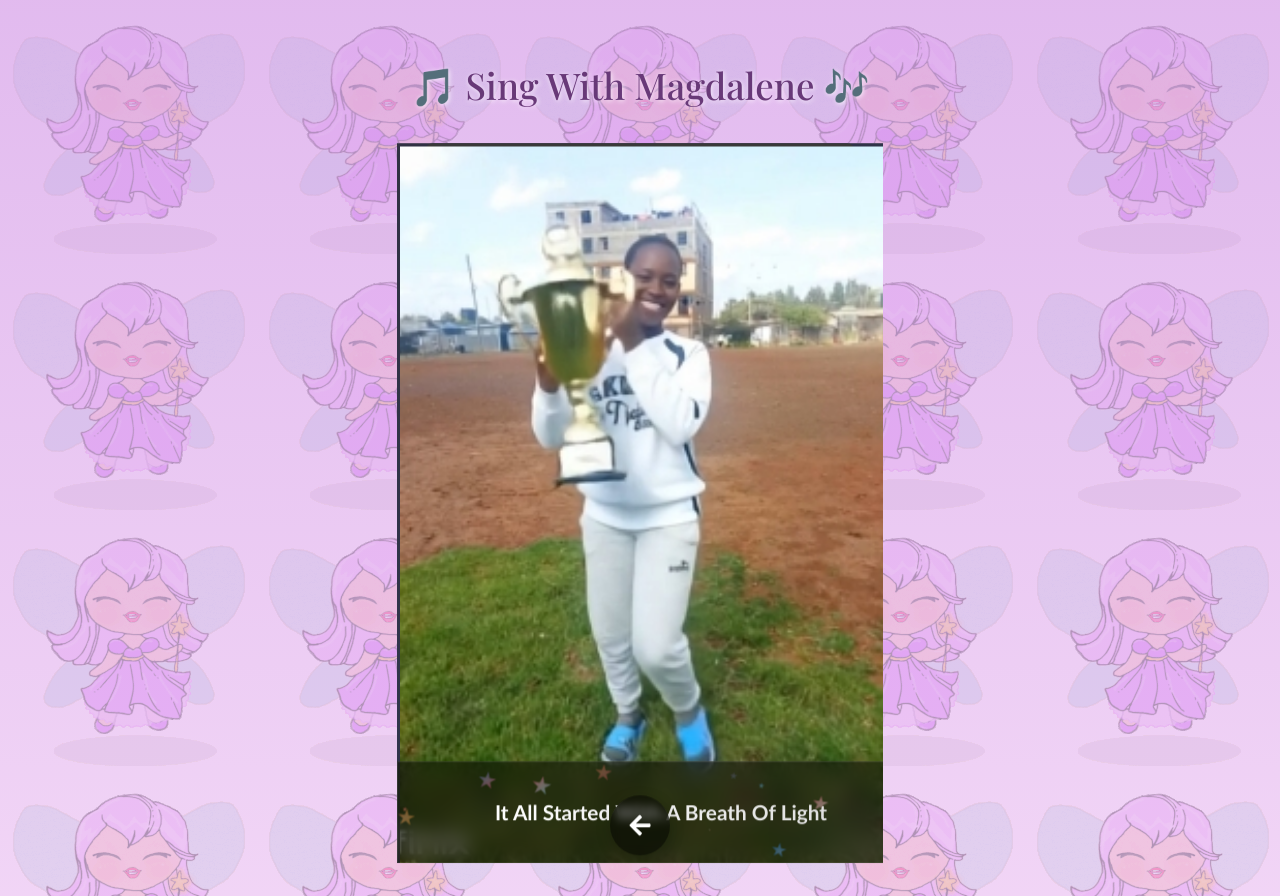
Repository: VladimirGagarin/Meg
Page: /song/beginning
These files come from the project's save history. The page is drawn as it stood at one moment and after a run of saves; the edit follows.
The browser window is 1280 px wide. The pictures show the whole page.
The project was rebuilt for these pictures with package versions that can differ from the ones it lists, and the page was loaded fresh each time. Also part of the build but not shown: vite.config.js, src/components/SongCard.css, src/components/SongCard.jsx, src/pages/HomeScreen.css, src/pages/HomeScreen.jsx. Imported but missing from the stored project, and not drawn on this page: src/assets/audios/IamMagdalene.mp3, src/assets/audios/The beginning.mp3, src/assets/audios/meg.mp3.

Above is the page before, as saved 2025-07-07 13:36:29.

### index.html
<!doctype html>
<html lang="en">
  <head>
    <meta charset="UTF-8" />
    <link rel="icon" type="image/svg+xml" href="/vite.svg" />
    <meta name="viewport" content="width=device-width, initial-scale=1.0" />
    <link href="https://fonts.googleapis.com/css2?family=Playfair+Display:wght@500&display=swap" rel="stylesheet">

    <title>Sing with Magdalene</title>
  </head>
  <body>
    <div id="root"></div>
    <script type="module" src="/src/main.jsx"></script>
  </body>
</html>

### src/main.jsx
import { StrictMode } from "react";
import { createRoot } from "react-dom/client";
import "./index.css";
import App from "./App.jsx";
import HomeScreen from "./pages/HomeScreen.jsx";
import SongScreen from "./pages/SongScreen.jsx";
import { createBrowserRouter, RouterProvider } from "react-router-dom";

const routes = createBrowserRouter([
  {
    path: "/",
    element: <App />, // App can be your layout with <Outlet />
    children: [
      { index: true, element: <HomeScreen /> }, // this is /
      { path: "song/:id", element: <SongScreen /> }, // this is /song/:id
    ],
  },
  {
    path: "*",
    element: <HomeScreen />, // fallback for any invalid URL
  },
]);

createRoot(document.getElementById("root")).render(
  <StrictMode>
    <RouterProvider router={routes} />
  </StrictMode>
);

### src/index.css
:root {
  font-family: system-ui, Avenir, Helvetica, Arial, sans-serif;
  line-height: 1.5;
  font-weight: 400;

  font-synthesis: none;
  text-rendering: optimizeLegibility;
  -webkit-font-smoothing: antialiased;
  -moz-osx-font-smoothing: grayscale;
}

body {
  margin: 0;
  display: flex;
  place-items: center;
  min-height: 100vh;
  width: 100%;
  font-family: 'Playfair Display', serif;
  padding: 0;
}

### src/App.jsx
// App.jsx
import { Outlet } from "react-router-dom";
import './App.css'

export default function App() {
  return (
    <div className="fairy-shell">
      <h1 className="title">🎵 Sing With Magdalene 🎶</h1>
      <Outlet /> {/* This is where the page (Home or Song) will load */}
    </div>
  );
}

### src/pages/SongScreen.jsx
import Controls from "../components/Controls";
import React, { useEffect, useState, useRef } from "react";
import { useParams, useNavigate } from "react-router-dom";
import { songDetails, megImages } from "../components/SongDetails";
import LyricsCard from "../components/lyricsCard";
import LogoImage from "../assets/images/belle.png";
import { FaArrowLeft} from "react-icons/fa";
import "./SongScreen.css";


export default function SongScreen() {
  const { id } = useParams();
  const navigate = useNavigate();
  const [currentSongObj, setCurrentSongObj] = useState(null);
  const [currentLyricIndex, setCurrentLyricIndex] = useState(0);
  const [currentImage, setCurrentImage] = useState(LogoImage);

  const audioRef = useRef(null);

  // Initialize audio and song
  useEffect(() => {
    const song = songDetails.find((s) => s.id === id);
    if (!song) {
      navigate(-1);
      return;
    }

    setCurrentSongObj(song);
    const audio = new Audio(song.audio);
    audio.preload = "auto";
    audioRef.current = audio;

    // Set initial random image
    const randomImage = megImages[Math.floor(Math.random() * megImages.length)];
    setCurrentImage(randomImage);

    // Cleanup on unmount
    return () => {
      audio.pause();
      audio.src = "";
    };
  }, [id, navigate]);

  // Lyric and image sync based on audio timeupdate event
  useEffect(() => {
    if (!currentSongObj || !audioRef.current) return;

    const audio = audioRef.current;

    const onTimeUpdate = () => {
      const currentTimeMs = audio.currentTime * 1000;
      const newIndex = currentSongObj.lyrics.findIndex(
        (line) => currentTimeMs >= line.start && currentTimeMs < line.end
      );

      if (newIndex !== -1 && newIndex !== currentLyricIndex) {
        setCurrentLyricIndex(newIndex);
        const randomImage =
          megImages[Math.floor(Math.random() * megImages.length)];
        setCurrentImage(randomImage);
      }
    };

    audio.addEventListener("timeupdate", onTimeUpdate);

    return () => {
      audio.removeEventListener("timeupdate", onTimeUpdate);
    };
  }, [currentSongObj, currentLyricIndex]);

  if (!currentSongObj) {
    return <div className="loading">Loading song...</div>;
  }

  const currentLine = currentSongObj.lyrics[currentLyricIndex]?.text || "";

  return (
    <div className="song-screen">
      <div className="image-container">
        <img
          src={currentImage}
          alt="Visual representation"
          className="song-image"
          onError={() => setCurrentImage(LogoImage)}
        />
      </div>



      <LyricsCard lyricText={currentLine} />

      {/* Pass audioRef to Controls to handle play/mute/progress */}
      <Controls audio={audioRef} />

      <button onClick={() => navigate(-1)} className="control-button">
        <FaArrowLeft />
      </button>
    </div>
  );
}

### src/App.css
#root {
  width: 100%;
  min-height: 100vh;
  background-color:rgba(213, 135, 231, 0.429);
  margin: 0;
  box-sizing: border-box;
  padding: 0;
}


/* App.css */


.fairy-shell {
  min-height: 100vh;
  background: linear-gradient(to bottom, #d6a8e87c, #fdeff940);
  display: flex;
  flex-direction: column;
  align-items: center;
  padding: 2rem;
  font-family: 'Papyrus', 'Cursive', serif;
  color: #5a2a73;
  position: relative;
  overflow-x: hidden;
  width: 95%;

}

.fairy-shell h1 {
  font-size: 2.3rem;
  margin-bottom: 2rem;
  text-align: center;
  color: #683978;
  text-shadow: 1px 1px 5px rgba(255, 255, 255, 0.8);
  position: relative;
  font-family: 'Playfair Display', serif;
  font-weight: bold;
}



/* Optional twinkling background stars */
.fairy-shell::before {
  content: '';
  position: absolute;
  top: 0;
  left: 0;
  width: 100%;
  height: 100%;
  background-image: url('/fairy.gif'); /* Use your own gif or animation */
  opacity: 0.6;
  z-index: -1;
  pointer-events: none;
}

### src/components/Controls.jsx
import React, { useState, useEffect } from "react";

const styles = {
  container: {
    display: "flex",
    alignItems: "center",
    gap: "1rem",
    backgroundColor: "#222",
    padding: "10px 15px",
    borderRadius: "8px",
    width: "100%",
    maxWidth: "400px",
    color: "#fff",
    fontFamily: "'Segoe UI', Tahoma, Geneva, Verdana, sans-serif",
  },
  button: {
    backgroundColor: "#444",
    border: "none",
    borderRadius: "4px",
    color: "#fff",
    padding: "8px 12px",
    cursor: "pointer",
    fontSize: "14px",
    transition: "background-color 0.3s ease",
  },
  buttonHover: {
    backgroundColor: "#666",
  },
  progressBar: {
    flex: 1,
    cursor: "pointer",
    height: "6px",
    borderRadius: "3px",
    backgroundColor: "#555",
    appearance: "none",
    outline: "none",
  },
  progressBarThumb: {
    appearance: "none",
    width: "14px",
    height: "14px",
    borderRadius: "50%",
    backgroundColor: "#1db954",
    cursor: "pointer",
    border: "none",
    marginTop: "-4px",
  },
};

const Controls = ({ audio }) => {
  const [isPlaying, setIsPlaying] = useState(false);
  const [isMuted, setIsMuted] = useState(false);
  const [progress, setProgress] = useState(0);

  // Update progress as audio plays
  useEffect(() => {
    const audioEl = audio.current;
    if (!audioEl) return;

    const updateProgress = () => {
      setProgress((audioEl.currentTime / audioEl.duration) * 100 || 0);
    };

    audioEl.addEventListener("timeupdate", updateProgress);

    return () => {
      audioEl.removeEventListener("timeupdate", updateProgress);
    };
  }, [audio]);

  // Play/Pause handler
  const togglePlay = () => {
    const audioEl = audio.current;
    if (!audioEl) return;
    if (audioEl.paused) {
      audioEl.play();
      setIsPlaying(true);
    } else {
      audioEl.pause();
      setIsPlaying(false);
    }
  };

  // Mute/Unmute handler
  const toggleMute = () => {
    const audioEl = audio.current;
    if (!audioEl) return;
    audioEl.muted = !audioEl.muted;
    setIsMuted(audioEl.muted);
  };

  // Seek progress bar
  const handleProgressChange = (e) => {
    const audioEl = audio.current;
    if (!audioEl) return;
    const newTime = (e.target.value / 100) * audioEl.duration;
    audioEl.currentTime = newTime;
    setProgress(e.target.value);
  };

  return (
    <div style={styles.container}>
      <button
        style={styles.button}
        onClick={togglePlay}
        onMouseEnter={(e) => (e.currentTarget.style.backgroundColor = "#666")}
        onMouseLeave={(e) => (e.currentTarget.style.backgroundColor = "#444")}
      >
        {isPlaying ? "Pause" : "Play"}
      </button>
      <button
        style={styles.button}
        onClick={toggleMute}
        onMouseEnter={(e) => (e.currentTarget.style.backgroundColor = "#666")}
        onMouseLeave={(e) => (e.currentTarget.style.backgroundColor = "#444")}
      >
        {isMuted ? "Unmute" : "Mute"}
      </button>
      <input
        type="range"
        min="0"
        max="100"
        value={progress}
        onChange={handleProgressChange}
        style={styles.progressBar}
        // Customizing the thumb for WebKit browsers
        onMouseDown={(e) => (e.target.style.backgroundColor = "#1db954")}
        onMouseUp={(e) => (e.target.style.backgroundColor = "#555")}
      />
    </div>
  );

};

export default Controls;

### src/components/SongDetails.js
import { getLifeLyrics, beginningLyrics, IamMegLyrics} from "./SongData";
import LifeSong from "../assets/audios/meg.mp3";
import BeginingSong from '../assets/audios/The beginning.mp3';
import  IamMagdaleneSong from "../assets/audios/IamMagdalene.mp3"

import Img1 from "../assets/images/belle.jpeg";
import Img2 from "../assets/images/belle2.jpg";
import Img3 from "../assets/images/meg1.jpg";
import Img4 from "../assets/images/meg2.jpg";
import Img5 from "../assets/images/meg3.jpg";
import Img6 from "../assets/images/meg4.jpg";
import Img7 from "../assets/images/meg5.jpg";
import Img8 from "../assets/images/meg6.jpg";
import Img9 from "../assets/images/meg7.jpg";
import Img10 from "../assets/images/meg8.jpg";
import Img12 from "../assets/images/meg10.jpg";
import Img13 from "../assets/images/meg11.jpg";
import Img14 from "../assets/images/meg12.jpg";
import Img15 from "../assets/images/meg13.jpeg";
import Img16 from "../assets/images/meg14.jpeg";
import Img17 from "../assets/images/meg15.jpeg";
import Img18 from "../assets/images/meg19.jpeg";
import Img19 from "../assets/images/meg20.jpeg";
import Img20 from "../assets/images/meg23.jpeg";
import Img21 from "../assets/images/quuen.jpeg";
import Img22 from "../assets/images/meg24.jpeg";
import Img23 from "../assets/images/toon1.jpeg";
import Img24 from "../assets/images/toon2.jpg";
import Img25 from "../assets/images/toon3.jpg";
import Img26 from "../assets/images/toon4.jpg";
import Img27 from "../assets/images/toon1.png";
import Img28 from "../assets/images/toon2.png";
import Img29 from "../assets/images/toon3.png";
import Img30 from "../assets/images/toon4.png";
import Img31 from "../assets/images/toon5.jpg";
import Img32 from "../assets/images/toon5.png";
import Img33 from "../assets/images/toon6.png";
import Img34 from "../assets/images/toon7.png";
import Img35 from "../assets/images/toon8.png";
import Img36 from "../assets/images/toon10.jpg";
import Img37 from "../assets/images/toon11.jpg";


export const songDetails = [
  {
    id: "life",
    title: "A Life to Live",
    audio: LifeSong,
    lyrics: getLifeLyrics(), // call the function here
  },
  {
    id: "beginning",
    title: "The Beginning",
    audio: BeginingSong,
    lyrics: beginningLyrics(), // call the function here
  },
  // Add more songs the same way
  {
    id: "iam-magdalene",
    title: "I Am Magdalene",
    audio: IamMagdaleneSong,
    lyrics: IamMegLyrics(), // this should return the lyrics in { start, end, text } format
  },
];


export const megImages = [
  Img1,
  Img2,
  Img3,
  Img4,
  Img5,
  Img6,
  Img7,
  Img8,
  Img9,
  Img10,
  Img12,
  Img13,
  Img14,
  Img15,
  Img16,
  Img17,
  Img18,
  Img19,
  Img20,
  Img21,
  Img22,
  Img23,
  Img24,
  Img25,
  Img26,
  Img27,
  Img28,
  Img29,
  Img30,
  Img31,
  Img32,
  Img33,
  Img34,
  Img35,
  Img36,
  Img37,
];

### src/components/lyricsCard.jsx
import React, { useState, useEffect } from "react";
import PropTypes from "prop-types";
import "../pages/SongScreen.css";

export default function LyricsCard({ lyricText }) {
  const [stars, setStars] = useState([]);

  useEffect(() => {
    if (!lyricText) return;

    // Create initial stars with gradient parameters
    const initialStars = Array(10)
      .fill()
      .map((_, i) => ({
        id: i,
        left: `${Math.random() * 100}%`,
        top: `${Math.random() * 100}%`,
        size: `${Math.random() * 0.9 + 0.2}rem`,
        opacity: Math.random(),
        delay: `${Math.random() * 5}s`,
        duration: `${Math.random() * 3 + 2}s`,
        gradientStart: getRandomColor(),
        gradientEnd: getRandomColor(),
      }));
    setStars(initialStars);

    // Update stars and gradients periodically
    const interval = setInterval(() => {
      setStars((prevStars) =>
        prevStars.map((star) => ({
          ...star,
          opacity: Math.random(),
          delay: `${Math.random() * 5}s`,
          gradientStart: star.gradientEnd,
          gradientEnd: getRandomColor(),
        }))
      );
    }, 3000);

    return () => clearInterval(interval);
  }, [lyricText]);

  function getRandomColor() {
    const colors = [
      "#0456b3",
      "#ff3366",
      "#2ec4b6",
      "#e71d36",
      "#ff9f1c",
      "#662e9b",
      "#43bccd",
      "#f86624",
      "#ffffff",
    ];
    return colors[Math.floor(Math.random() * colors.length)];
  }

  return (
    <div className="lyrics-card">
      <div className="lyrics-text">{lyricText}</div>
      <div className="stars-container">
        {stars.map((star) => (
          <div
            key={star.id}
            className="star"
            style={{
              left: star.left,
              top: star.top,
              width: star.size,
              height: star.size,
              opacity: star.opacity,
              animationDelay: star.delay,
              animationDuration: star.duration,
              background: `linear-gradient(135deg, ${star.gradientStart}, ${star.gradientEnd})`,
              "--gradient-start": star.gradientStart,
              "--gradient-end": star.gradientEnd,
            }}
          />
        ))}
      </div>
    </div>
  );
}

LyricsCard.propTypes = {
  lyricText: PropTypes.string.isRequired,
};

### src/pages/SongScreen.css
.song-screen {
    display: flex;
    flex-direction: column;
    align-items: center;
    justify-content: space-between;
    min-height: 100vh;
    padding: 0;
    background: linear-gradient(135deg, #1a1a2e 0%, #16213e 100%);
    background-color:rgba(196,161,191,255);
    color: #ffffff;
    font-family: 'Segoe UI', Tahoma, Geneva, Verdana, sans-serif;
    overflow: hidden;
    position: relative;
    width: 40%;
    animation: float 6s ease-in-out infinite;

  }

  /* Image container with animation */
  .image-container {
    width: 100%;
    height: 100%;
    position: absolute;
    top: 0;
    left: 0;
    right:0;
    z-index: 0;
    overflow: hidden;
    box-shadow: 0 10px 30px rgba(0, 0, 0, 0.3);
    margin:0;
    border: 3px solid rgba(255, 255, 255, 0.1);
    transition: transform 0.5s ease;
  }

  .image-container:hover {
    transform: scale(1.05);
  }

  .image-container img {
    width: 100%;
    height: 100%;
    object-fit: cover;
    transition: opacity 0.5s ease;
  }

  /* Lyrics card styling */
  .lyrics-card {
    background: rgba(0, 0, 0, 0.504);
    -webkit-backdrop-filter:blur(10px);
    backdrop-filter: blur(10px);
    padding: 10px 20px;
    margin: 0;
    width: 100%;
    text-align: center;
    min-height: 80px;
    position: absolute;
    bottom: 0;
    left: 0;
    right: 0;
    display: flex;
    align-items: center;
    justify-content: center;
    flex-wrap: wrap;
    box-shadow: 0 8px 32px rgba(0, 0, 0, 0.2);
    border: 1px solid rgba(255, 255, 255, 0.1);
    transition: all 0.3s ease;
  }

  .lyrics-card:hover {
    transform: translateY(-5px);
    box-shadow: 0 12px 40px rgba(0, 0, 0, 0.3);
  }

  .lyrics-text {
    font-size: 1.3rem;
    font-weight: 500;
    line-height: 1.6;
    font-weight: bold;
    font-family:'Trebuchet MS', 'Lucida Sans Unicode', 'Lucida Grande', 'Lucida Sans', Arial, sans-serif;
    background: linear-gradient(90deg, #ffffff, #e0e0e0);
    -webkit-background-clip: text;
    background-clip: text;
    color: transparent;
    text-transform: capitalize;
    transition: all 0.3s ease;
  }

  /* Stars */
  .stars-container {
    position: absolute;
    top: 0;
    left: 0;
    width: 100%;
    height: 100%;
    z-index: -1;
    opacity: 0.5;
  }


  /* Stars with animated gradients */
  .star {
    position: absolute;

    animation:
      twinkle infinite alternate,
      gradientShift infinite alternate;
    clip-path: polygon(
      50% 0%, 61% 35%, 98% 35%,
      68% 57%, 79% 91%, 50% 70%,
      21% 91%, 32% 57%, 2% 35%, 39% 35%
    );
    background: linear-gradient(
      135deg,
      var(--gradient-start),
      var(--gradient-end)
    ) !important;
  }

  @keyframes twinkle {
    0% {
      transform: scale(1) rotate(0deg);
      opacity: 0.2;
    }
    100% {
      transform: scale(1.3) rotate(10deg);
      opacity: 1;
    }
  }

  @keyframes gradientShift {
    0% {
      background: linear-gradient(
        135deg,
        var(--gradient-start),
        var(--gradient-end)
      );
    }
    50% {
      background: linear-gradient(
        135deg,
        var(--gradient-end),
        var(--gradient-start))
      ;
    }
    100% {
      background: linear-gradient(
        135deg,
        var(--gradient-start),
        var(--gradient-end))
      ;
    }
  }

  /* Add some sparkle effects */
  .star::before {
    content: '';
    position: absolute;
    top: -20%;
    left: -20%;
    width: 140%;
    height: 140%;
    background: radial-gradient(
      circle at center,
      white 0%,
      transparent 70%
    );
    opacity: 0.3;
    animation: sparkle 2s infinite alternate;
  }

  @keyframes sparkle {
    0% { opacity: 0.1; transform: scale(0.8); }
    100% { opacity: 0.4; transform: scale(1.2); }
  }

  /* Responsive */
  @media (max-width: 768px) {
    .lyrics-card {
      width: 90%;
      padding: 1.5rem;
    }

    .lyrics-text {
      font-size: 1.2rem;
    }
  }



  /* Progress slider */
  .progress-container {
    background: rgba(0, 0, 0, 0.504);
    -webkit-backdrop-filter:blur(3px);
    backdrop-filter: blur(3px);
    padding: 0;
    margin: 0;
    width: 100%;
    position: absolute;
    bottom: 15%;
    left: 0;
    right: 0;
    display: flex;
    align-items: center;
    justify-content: center;
    box-shadow: 0 8px 32px rgba(0, 0, 0, 0.2);

    transition: all 0.3s ease;
  }

  .progress-slider {
    width: 100%;
    height: 5px;
    -webkit-appearance: none;
    appearance: none;
    background: rgb(251, 4, 4);
    outline: none;
    border-radius: 5px;
    transition: opacity 0.2s;
  }

  .progress-slider:hover {
    opacity: 1;
  }

  .progress-slider::-webkit-slider-thumb {
    -webkit-appearance: none;
    appearance: none;
    width: 15px;
    height: 15px;
    border-radius: 50%;
    background: rgb(255, 255, 255);
    cursor: pointer;
  }

  .progress-slider::-moz-range-thumb {
    width: 15px;
    height: 15px;
    border-radius: 50%;
    background: rgb(252, 252, 252);
    cursor: pointer;
  }


  input[type=range] {
        /*removes default webkit styles*/
        -webkit-appearance: none;
        appearance: none;
        /*required for proper track sizing in FF*/
        width: 100%;
    }
    input[type=range]::-webkit-slider-runnable-track {
        width: 100%;
        height: 10px;
        background: linear-gradient(to right, #36b3e9, #fff);
        border: none;
        border-radius: 3px;
    }
    input[type=range]::-webkit-slider-thumb {
        -webkit-appearance: none;
        border: none;
        height: 20px;
        width: 20px;
        border-radius: 50%;
        background: #ec99ff;
        margin-top: -4px;
    }
    input[type=range]:focus {
        outline: none;
    }

  /* Controls section */
  .controls {
    display: flex;
    justify-content: space-between;
    align-items: center;
    width: 100%;
    margin-top: 2rem;
    position: absolute;
    top: 3px;
    left:0;
    z-index: 1;
  }

  .control-button {
    background: rgba(0, 0, 0, 0.504);
    border: none;
    width: 60px;
    height: 60px;
    border-radius: 50%;
    display: flex;
    align-items: center;
    justify-content: center;
    cursor: pointer;
    margin: 0.5rem;
    color: white;
    font-size: 1.5rem;
    transition: all 0.3s ease;
    -webkit-backdrop-filter:blur(5px);
    backdrop-filter: blur(5px);

    box-shadow: 0 4px 15px rgba(0, 0, 0, 0.2);
  }

  .control-button:hover {
    background: rgba(255, 255, 255, 0.2);
    transform: scale(1.1);
  }

  .control-button:active {
    transform: scale(0.95);
  }



  /* Animations */
  @keyframes float {
    0% {
      transform: translateY(0px);
    }
    50% {
      transform: translateY(-20px);
    }
    100% {
      transform: translateY(0px);
    }
  }

  /* Responsive design */
  @media (max-width: 768px) {
    .image-container {
      width: 200px;
      height: 200px;
    }

    .lyrics-card {
      width: 90%;
      padding: 1.5rem;
    }

    .lyrics-text {
      font-size: 1.2rem;
    }
  }

  @media (max-width: 480px) {
    .song-screen {
      padding: 1rem;
    }

    .image-container {
      width: 150px;
      height: 150px;
    }

    .lyrics-card {
      padding: 1rem;
      min-height: 100px;
    }

    .controls {
      flex-direction: column;
    }
  }

  /* Loading state */
  .loading {
    display: flex;
    align-items: center;
    justify-content: center;
    height: 100vh;
    font-size: 1.5rem;
    background: linear-gradient(135deg, #1a1a2e 0%, #16213e 100%);
    color: white;
    position: absolute;
    width:100%;
    z-index: 100;
    top:0;
    left:0;
  }


  .error-message {
    color: #fff;
    background: rgba(255, 0, 0, 0.8);
    padding: 10px;
    border-radius: 5px;
    margin: 10px 0;
    text-align: center;
    position: absolute;
    width:80%;
    z-index: 3;
    top:50%;
    left:50%;
    transform: translate(-50%, -50%);

  }

Loaded but not shown: src/components/SongData.js (214 lines, source omitted)

After the next 2 saves:
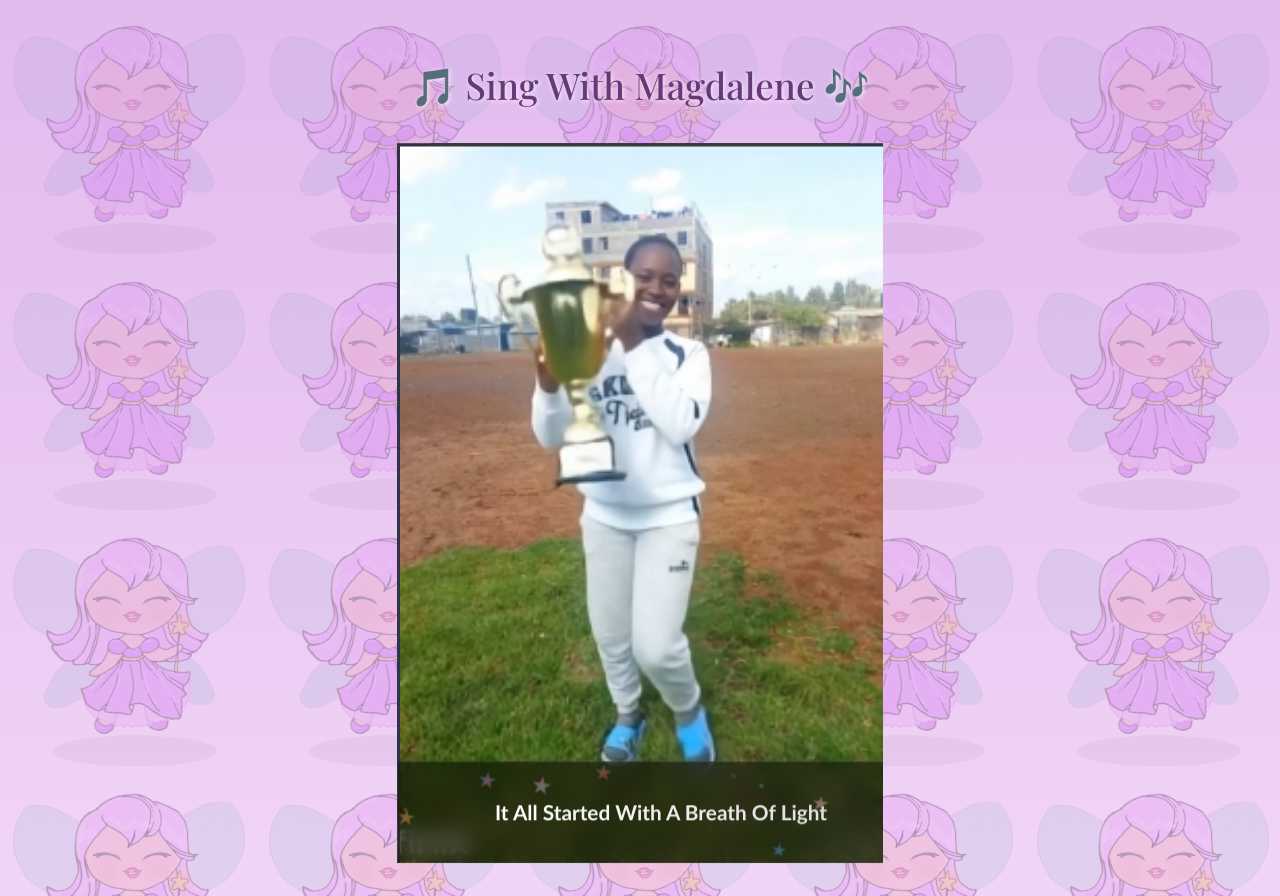
The 2 saves are shown as one change because they came seconds apart.
The last was saved 4 min 9 s later.
--- a/src/pages/SongScreen.jsx
+++ b/src/pages/SongScreen.jsx
@@ -92,9 +92,6 @@
       {/* Pass audioRef to Controls to handle play/mute/progress */}
       <Controls audio={audioRef} />
 
-      <button onClick={() => navigate(-1)} className="control-button">
-        <FaArrowLeft />
-      </button>
     </div>
   );
 }
